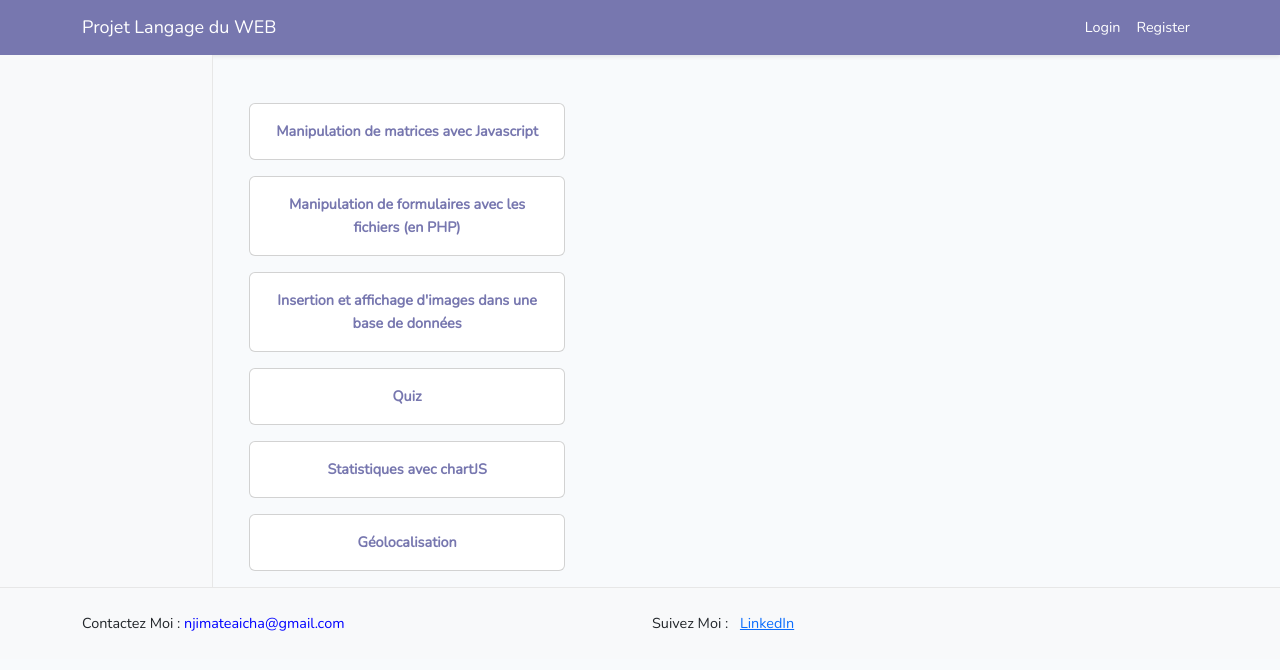
Repository: NjimateAicha/LaravelWeb
Page: http://localhost/projets
The author's editor kept a copy of each file at every save. The page is drawn from the files as they stood at one save, then again after the next save.
The browser window is 1280 px wide. The pictures show the whole page.
Some web libraries are served in a nearby version. The page is served by the project's Laravel application, run on PHP 8.4 with Laravel 9. Style sheets and scripts are compiled from the project's sources, by tool versions that may differ from the author's.

Above is the page before, as saved 2024-05-19 16:59:46.

After the next save:
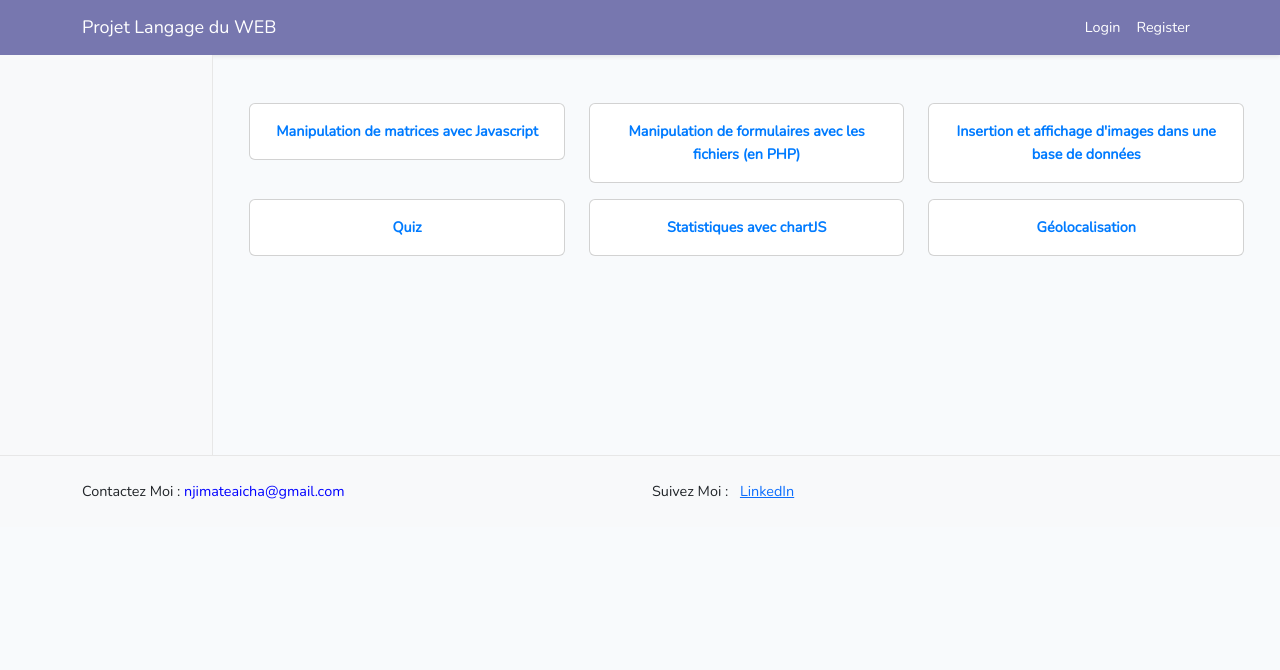
Saved 3 min 11 s later.
--- a/resources/views/projets/index.blade.php
+++ b/resources/views/projets/index.blade.php
@@ -3,33 +3,43 @@
 @section('content')
     <div class="container mt-5">
         <div class="row">
-            <div class="col-md-4">
-                <a href="{{ route('matrice.index') }}" class="card clickable-card d-block mb-3 custom-card">
+            <div class="col-md-4 mb-3">
+                <a href="{{ route('matrice.index') }}" class="card clickable-card custom-card">
                     <div class="card-body">
                         <span class="blue-text">Manipulation de matrices avec Javascript</span>
                     </div>
                 </a>
-                <a href="{{ route('etudiant.create') }}" class="card clickable-card d-block mb-3 custom-card">
+            </div>
+            <div class="col-md-4 mb-3">
+                <a href="{{ route('etudiant.create') }}" class="card clickable-card custom-card">
                     <div class="card-body">
                         <span class="blue-text">Manipulation de formulaires avec les fichiers (en PHP)</span>
                     </div>
                 </a>
-                <a href="{{ route('image.create') }}" class="card clickable-card d-block mb-3 custom-card">
+            </div>
+            <div class="col-md-4 mb-3">
+                <a href="{{ route('image.create') }}" class="card clickable-card custom-card">
                     <div class="card-body">
                         <span class="blue-text">Insertion et affichage d'images dans une base de données</span>
                     </div>
                 </a>
-                <a href="{{ route('Quiz.index') }} " class="card clickable-card d-block mb-3 custom-card">
+            </div>
+            <div class="col-md-4 mb-3">
+                <a href="{{ route('Quiz.index') }}" class="card clickable-card custom-card">
                     <div class="card-body">
                         <span class="blue-text">Quiz</span>
                     </div>
                 </a>
-                <a href="{{ route('charts.index') }}" class="card clickable-card d-block mb-3 custom-card">
+            </div>
+            <div class="col-md-4 mb-3">
+                <a href="{{ route('charts.index') }}" class="card clickable-card custom-card">
                     <div class="card-body">
                         <span class="blue-text">Statistiques avec chartJS</span>
                     </div>
                 </a>
-                <a href="{{ route('map.index') }}" class="card clickable-card d-block mb-3 custom-card">
+            </div>
+            <div class="col-md-4 mb-3">
+                <a href="{{ route('map.index') }}" class="card clickable-card custom-card">
                     <div class="card-body">
                         <span class="blue-text">Géolocalisation</span>
                     </div>
@@ -58,6 +68,6 @@
     }
 
     .blue-text {
-        color: #7777af; /* Couleur bleue pour le texte */
+        color: #007bff; /* Couleur bleue pour le texte */
     }
 </style>
